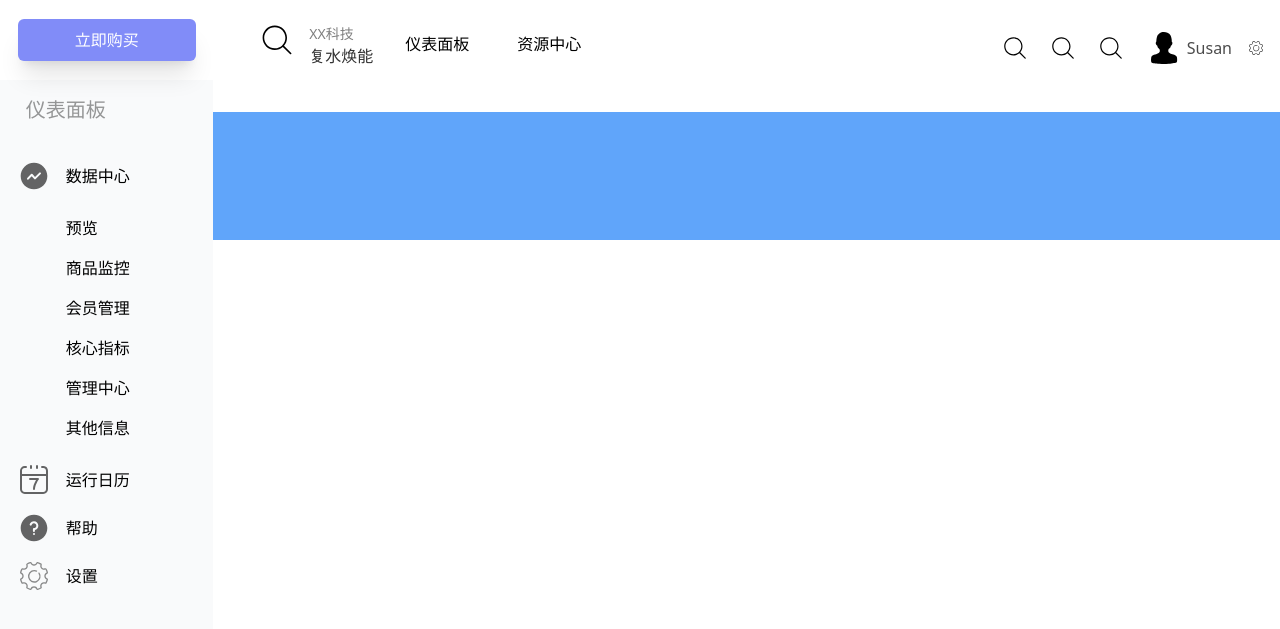
Repository: LiuRuohui/useWater
Page: /
The author's editor kept a copy of each file at every save. The page is drawn from the files as they stood at one save, then again after the next save.
The browser window is 1280 px wide. The pictures show the whole page.
The project was rebuilt for these pictures with package versions that can differ from the ones it lists, and the page was loaded fresh each time. Also part of the build but not shown: vite.config.js.

Above is the page before, as saved 2022-04-06 23:02:49.

### src/App.vue
<script setup>
import HelloWorld1 from './components/HelloWorld.vue';
</script>

<template>
  <HelloWorld1></HelloWorld1>
</template>

<style>
</style>

### src/index.css
@tailwind base;
@tailwind components;
.inputFrame {
    @apply appearance-none rounded-none relative block w-full px-3 py-2 border border-gray-300 placeholder-gray-500 text-gray-900
}

.inputFrame:focus {
    @apply outline-none border-indigo-500 z-10 inline-block px-5 py-3 rounded-lg shadow-lg
}

.btn {
    @apply relative flex w-full justify-center py-2 border border-transparent font-medium rounded-md text-white bg-indigo-400
}

.btn:hover {
    @apply bg-indigo-500
}

.btn:focus {
    @apply outline-none ring-2 ring-offset-2 ring-indigo-400
}

@tailwind utilities;

### src/components/HelloWorld.vue
<script setup>

</script>

<template>
<div class="w-full h-screen flex flex-row select-none">
  <div class="w-1/5 h-screen justify-center items-center flex flex-col">
    <div class="w-full h-20 justify-center items-center flex">
        <div class="w-5/6">
            <button class="btn text-white justify-center items-center shadow-xl">立即购买</button>
        </div>
    </div>
    <div class="w-full flex flex-grow bg-gray-50 justify-center">
        <div class="w-5/6 pt-4 flex flex-col">
            <div class="h-8 text-xl opacity-40 pl-2">仪表面板</div>
            <div class="mt-4 flex flex-grow flex-col">
                <div class="flex flex-col py-2 hover:cursor-pointer">
                    <div class="flex flex-row py-2 hover:bg-blue-200 hover:cursor-pointer">
                      <img src="../assets/数据.svg" alt="" class="h-8 opacity-60">
                      <div class="pl-4 pt-1">数据中心</div>
                    </div>
                    <div class="mt-2 flex flex-col hover:cursor-pointer">
                        <div class="py-2 pl-12 hover:bg-blue-200">预览</div>
                        <div class="py-2 pl-12 hover:bg-blue-200">商品监控</div>
                        <div class="py-2 pl-12 hover:bg-blue-200">会员管理</div>
                        <div class="py-2 pl-12 hover:bg-blue-200">核心指标</div>
                        <div class="py-2 pl-12 hover:bg-blue-200">管理中心</div>
                        <div class="py-2 pl-12 hover:bg-blue-200">其他信息</div>
                    </div>
                </div>
                <div class="flex flex-row py-2 hover:bg-blue-200 hover:cursor-pointer">
                  <img src="../assets/日历.svg" alt="" class="h-8 opacity-60">
                  <div class="pl-4 pt-1">运行日历</div>
                </div>
                <div class="flex flex-row py-2 hover:bg-blue-200 hover:cursor-pointer">
                  <img src="../assets/帮助.svg" alt="" class="h-8 opacity-60">
                  <div class="pl-4 pt-1">帮助</div>
                </div>
                <div class="flex flex-row py-2 hover:bg-blue-200 hover:cursor-pointer">
                  <img src="../assets/设置.svg" alt="" class="h-8 opacity-60">
                  <div class="pl-4 pt-1">设置</div>
                </div>
            </div>
        </div>
    </div>
  </div>
  <div class="w-full flex flex-grow flex-col">
      <div class="flex flex-row h-24">
          <img src="../assets/搜索.svg" alt="" class="h-8 mt-6 pl-12 hover:cursor-pointer">
          <div class="flex flex-col pt-6 px-4 hover:cursor-pointer">
              <div class="text-sm opacity-50">XX科技</div>
              <div class="text-md opacity-80">复水焕能</div>
          </div>
          <div class="text-base px-4 pt-8 hover:cursor-pointer">仪表面板</div>
          <div class="text-base px-8 pt-8 hover:cursor-pointer">资源中心</div>
          <div class="flex flex-grow flex-row-reverse">
              <img src="../assets/设置.svg" alt="" class="h-4 mt-10 mr-4 hover:cursor-pointer hover:bg-blue-100">
              <span class="my-9 mr-4 text-black text-base opacity-70 hover:cursor-pointer hover:bg-blue-100">Susan</span>
              <img src="../assets/用户.svg" alt="" class="h-8 mt-8 mr-2 hover:cursor-pointer hover:bg-blue-100">
              <img src="../assets/搜索.svg" alt="" class="h-6 mt-9 mr-6 hover:cursor-pointer hover:bg-blue-100">
              <img src="../assets/搜索.svg" alt="" class="h-6 mt-9 mr-6 hover:cursor-pointer hover:bg-blue-100">
              <img src="../assets/搜索.svg" alt="" class="h-6 mt-9 mr-6 hover:cursor-pointer hover:bg-blue-100">
          </div>
      </div>
      <div class="w-full my-4 bg-blue-400 h-32">

      </div>
  </div>
</div>
</template>

<style scoped>

</style>

### tailwind.config.js
module.exports = {
    content: [
        "./index.html",
        "./src/**/*.{vue,js,ts,jsx,tsx}",
    ],
    theme: {
        extend: {},
    },
    variants: {
        backgroundColor: ['responsive', 'hover', 'focus', 'active']
    },
    plugins: [],
}

Loaded but not shown: index.html (common file); src/main.js (common file)

After the next save:
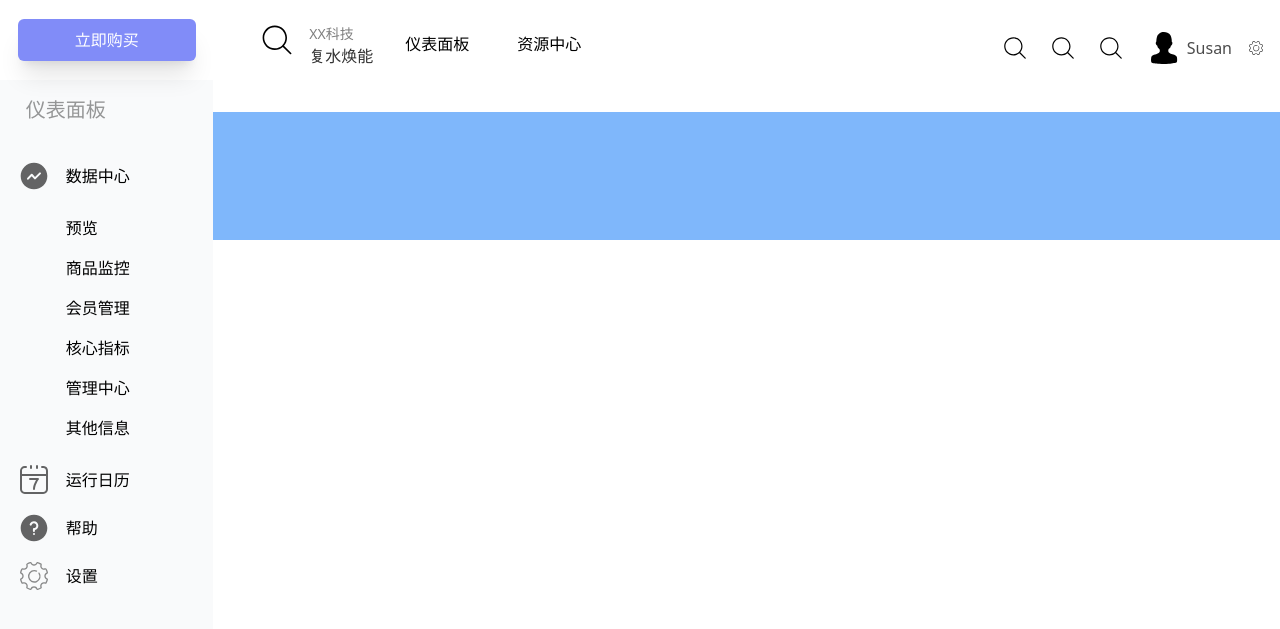
Saved 8 s later.
--- a/src/components/HelloWorld.vue
+++ b/src/components/HelloWorld.vue
@@ -62,7 +62,7 @@
               <img src="../assets/搜索.svg" alt="" class="h-6 mt-9 mr-6 hover:cursor-pointer hover:bg-blue-100">
           </div>
       </div>
-      <div class="w-full my-4 bg-blue-400 h-32">
+      <div class="w-full my-4 bg-blue-400 h-32 opacity-80">
 
       </div>
   </div>
